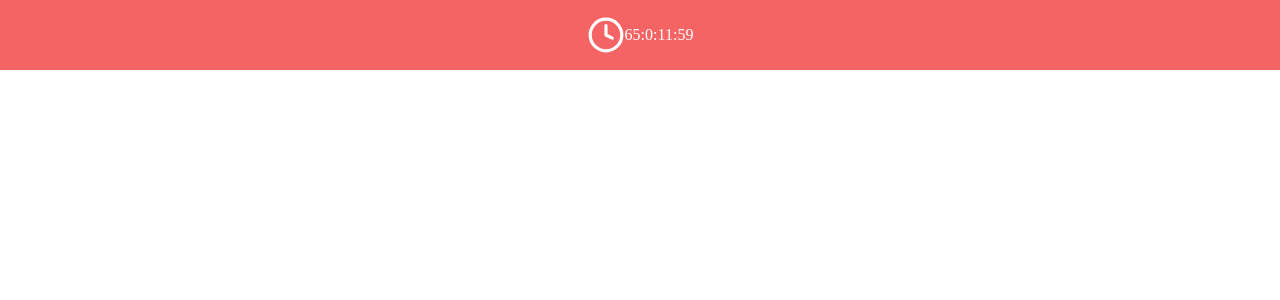
Repository: mateus-henrique-silva/landing_drop
Page: index.html
The author's editor kept a copy of each file at every save. The page is drawn from the files as they stood at one save, then again after the next save.
The browser window is 1280 px wide. The pictures show the whole page.

Above is the page before, as saved 2022-08-26 09:09:09.

### index.html
<!DOCTYPE html>
<html lang="en">
  <head>
    <meta charset="UTF-8" />
    <meta http-equiv="X-UA-Compatible" content="IE=edge" />
    <meta name="viewport" content="width=device-width, initial-scale=1.0" />
    <link rel="stylesheet" href="./src/CSS/Footer/Styles.css" />
    <link rel="stylesheet" href="./src/CSS/Header/styles.css" />
    <link rel="stylesheet" href="./src/CSS/Main/styles.css" />
    <link rel="stylesheet" href="./src/CSS/Global.css" />
    <link rel="stylesheet" href="./src/CSS/Header/Clock/styles.css">
    <title>Drop Líder Brasil</title>
  </head>
  <body>
    <header>
      <img src="./src/Assets/clock.svg" alt="imagem icon" srcset="" />

      <div class="regressive-count">
        <div id="day">00</div>
        <span>:</span>
        <div id="hour">00</div>
        <span>:</span>
        <div id="minute">00</div>
        <span>:</span>
        <div id="sec">00</div>
      </div>
    </header>
    <main></main>
    <footer></footer>
    <script src="./src/Script/clock/script.js"></script>
  </body>
</html>

### src/CSS/Header/styles.css
header{
    width:100%;
    position: fixed;
    background-color: #f46464;
    height:70px;
    display:flex;
    align-items:center;
    justify-content:center;
}


header img{
    width:38px;
    height:38x;
}

### src/CSS/Header/Clock/styles.css
header .regressive-count{
    display: flex;
    color: white;


}

### src/Assets/clock.svg
<svg xmlns="http://www.w3.org/2000/svg" width="24" height="24" viewBox="0 0 24 24" fill="none" color="white" stroke="currentColor" stroke-width="2" stroke-linecap="round" stroke-linejoin="round" class="feather feather-clock"><circle cx="12" cy="12" r="10"></circle><polyline points="12 6 12 12 16 14"></polyline></svg>

### src/Script/clock/script.js
let to = new Date("oct 30 2022 18:00:0");
function uptade() {
  let from = new Date();
  diff = to - from;

  (day = setTwoDigit(Math.floor(diff / 1000 / 60 / 60 / 24))),
    (hour = setTwoDigit(Math.floor(diff / 1000 / 60 / 60) % 24)),
    (minute = setTwoDigit(Math.floor(diff / 1000 / 60) % 60)),
    (sec = setTwoDigit(Math.floor(diff / 1000) % 60)),
    (document.querySelector("#day").innerText = day);
  document.querySelector("#hour").innerText = hour;
  document.querySelector("#minute").innerText = minute;
  document.querySelector("#sec").innerText = sec;
}

let interval = setInterval(uptade, 1000);
function setTwoDigit(argument){
    return argument>9?argument:'0'
}

Loaded but not shown: src/CSS/Global.css (common file); src/CSS/Footer/Styles.css (no copy from this time; the picture is the same without it); src/CSS/Main/styles.css (no copy from this time; the picture is the same without it)

After the next save:
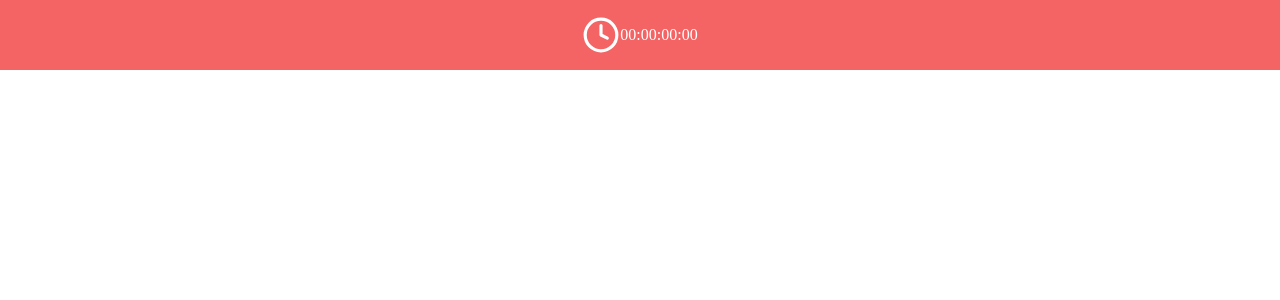
Console error: ReferenceError: ar is not defined
Saved 6 s later.
--- a/src/Script/clock/script.js
+++ b/src/Script/clock/script.js
@@ -15,5 +15,5 @@ function uptade() {
 
 let interval = setInterval(uptade, 1000);
 function setTwoDigit(argument){
-    return argument>9?argument:'0'
+    return argument>9?argument:'0'+ar
 }
